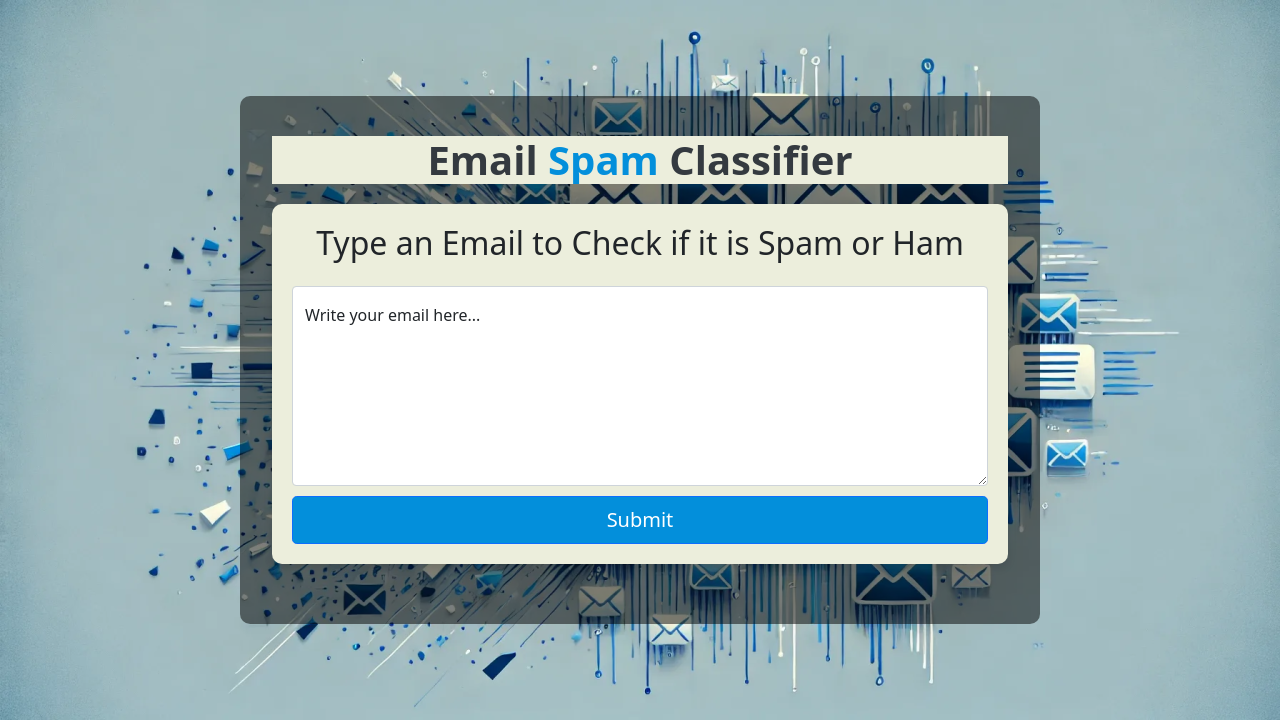
Repository: Pradnya-07/Spam_Email_Detection
Page: templates/index.html
The author's editor kept a copy of each file at every save. The page is drawn from the files as they stood at one save, then again after the next save.
The browser window is 1280 px wide. The pictures show the whole page.
The page is served by the project's application, run on Flask 3 (app.py). The template is opened directly, without the code that normally fills it, so the values that code supplies are empty.

Above is the page before, as saved 2025-05-02 16:16:05.

After the next save:
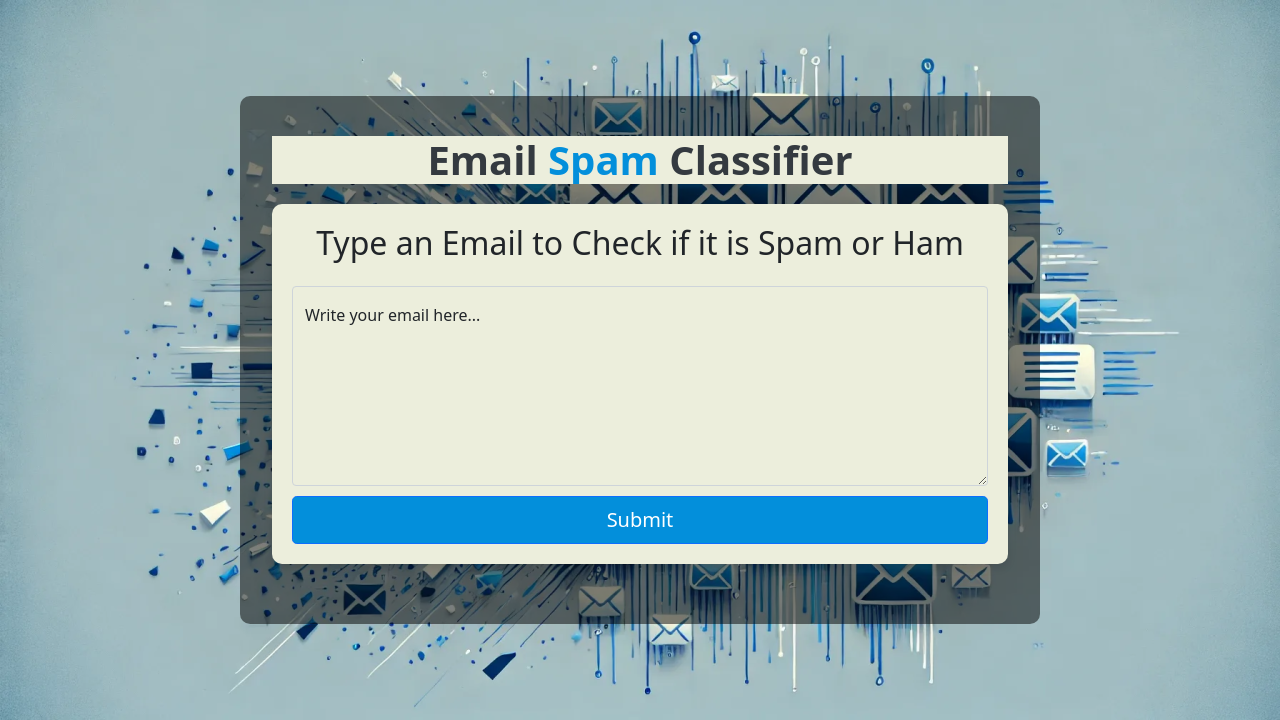
Saved 73 s later.
--- a/templates/index.html
+++ b/templates/index.html
@@ -64,6 +64,10 @@
       background-color: #eceedc;
     }
 
+    .form-control {
+      background-color: #eceedc;
+    }
+
     .page-title span {
       color: #038fdb;
     }
